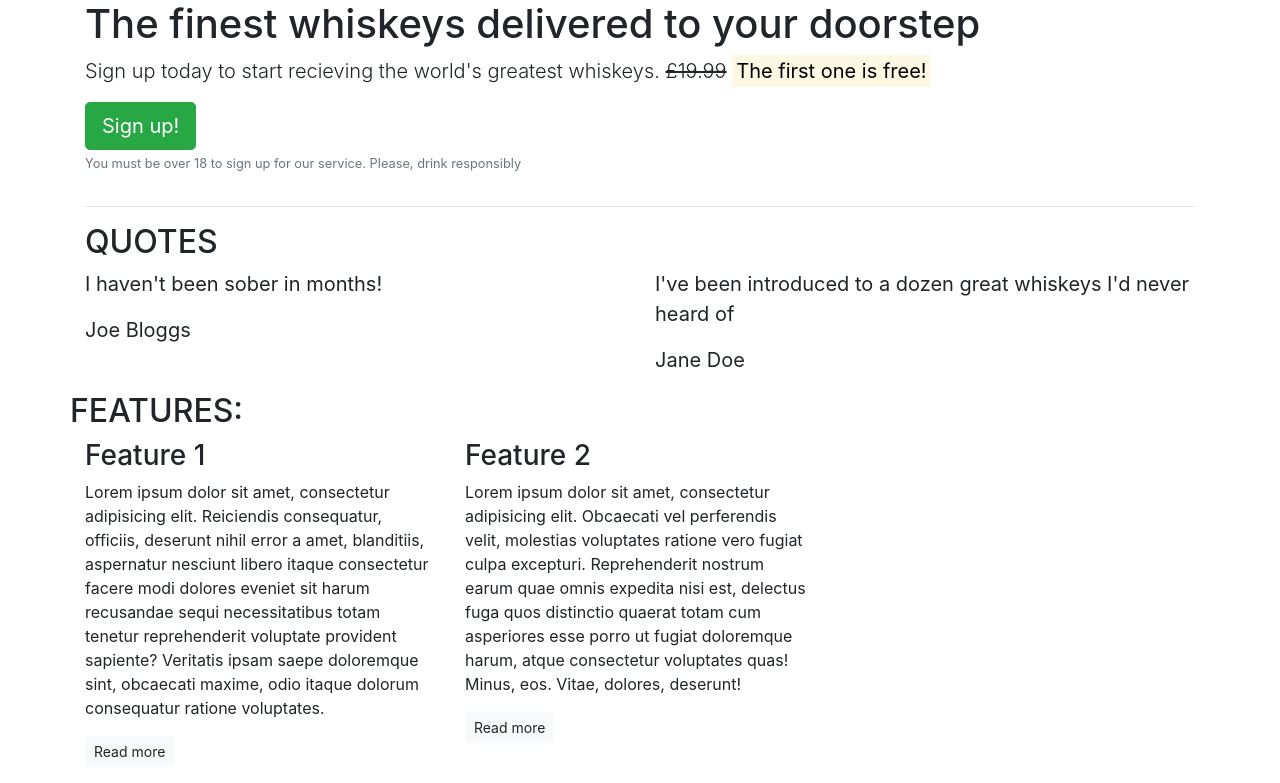
Repository: Matt-F90/Intro-to-bootstrap
Page: index..html
The author's editor kept a record of every edit. The page is drawn from the files as they stood at one moment, then again after the next edit.
The browser window is 1280 px wide. The pictures show the whole page.

Above is the page before.
Console error: TypeError: Cannot read properties of undefined (reading 'fn')

### index..html
<!DOCTYPE html>
<html lang="en">

<head>
    <meta charset="UTF-8">
    <meta name="viewport" content="width=device-width, initial-scale=1.0">
    <meta http-equiv="X-UA-Compatible" content="ie=edge">
    <title>Whiskey Drop | Taste a new whiskey every month</title>
    <link rel="stylesheet" href="https://stackpath.bootstrapcdn.com/bootstrap/4.1.3/css/bootstrap.min.css" integrity="sha384-MCw98/SFnGE8fJT3GXwEOngsV7Zt27NXFoaoApmYm81iuXoPkFOJwJ8ERdknLPMO" crossorigin="anonymous">
    <script src="https://stackpath.bootstrapcdn.com/bootstrap/4.1.3/js/bootstrap.min.js" integrity="sha384-ChfqqxuZUCnJSK3+MXmPNIyE6ZbWh2IMqE241rYiqJxyMiZ6OW/JmZQ5stwEULTy" crossorigin="anonymous"></script>
</head>

<body>
    <article class="container">
        <div class="row">
            <div class="col-12">
                <section class="callout">
                    <h1>The finest whiskeys delivered to your doorstep</h1>
                    <p class="lead">Sign up today to start recieving the world's greatest whiskeys.
                        <s>£19.99</s> <strong><mark>The first one is free!</mark></strong></p>
                    <button class="btn btn-success btn-lg">Sign up!</button>
                    <p class="text-muted"><small>You must be over 18 to sign up for our service. Please, drink responsibly</small></p>
                </section>
            </div>
        </div>

        <hr>
        <section class="quotes">
            <div class="row">
                <div class="col-12">
                    <h2 class="text-uppercase">Quotes</h2>
                </div>
            </div>
            <div class="row">
                <div class="col-12 col-md-6">
                    <blockquote class="blockquote">
                        <p>I haven't been sober in months!</p>
                        <p>Joe Bloggs</p>
                    </blockquote>
                </div>
                <div class="col-12 col-md-6">
                    <blockquote class="blockquote">
                        <p>I've been introduced to a dozen great whiskeys I'd never heard of</p>
                        <p>Jane Doe</p>
                    </blockquote>
                </div>
            </div>
        </section>


        <section class="features">
            <div class="row">
                <div class="col-12"></div>
                <h2 class="text-uppercase">Features:</h2>
            </div>
            </div>
            <div class="row">
                <div class="col-12 col-md-6 col-lg-4">
                <div class="feature">
                        <h3>Feature 1</h3>
                        <p>Lorem ipsum dolor sit amet, consectetur adipisicing elit. Reiciendis consequatur, officiis, deserunt nihil error a amet, blanditiis, aspernatur nesciunt libero itaque consectetur facere modi dolores eveniet sit harum recusandae
                            sequi necessitatibus totam tenetur reprehenderit voluptate provident sapiente? Veritatis ipsam saepe doloremque sint, obcaecati maxime, odio itaque dolorum consequatur ratione voluptates.</ipsum50>
                        </p>
                        <p><a class="btn btn-sm btn-light">Read more</a></p>
                    </div>
                </div>
                <div class="col-12 col-md-6 col-lg-4">
                <div class="feature">
                        <h3>Feature 2</h3>
                        <p>Lorem ipsum dolor sit amet, consectetur adipisicing elit. Obcaecati vel perferendis velit, molestias voluptates ratione vero fugiat culpa excepturi. Reprehenderit nostrum earum quae omnis expedita nisi est, delectus fuga quos distinctio
                            quaerat totam cum asperiores esse porro ut fugiat doloremque harum, atque consectetur voluptates quas! Minus, eos. Vitae, dolores, deserunt!</p>
                        <p><a class="btn btn-sm btn-light">Read more</a></p>
                    </div>
                </div>
                <div class="col-12 d-md-none">
                <div class="feature">
                        <h3>Feature 3</h3>
                        <p>Lorem ipsum dolor sit amet, consectetur adipisicing elit. Deserunt consequuntur voluptatum, laborum aperiam! Quas, nihil. Omnis et voluptate sunt, voluptatem, animi eligendi aliquam recusandae corporis consectetur quibusdam molestiae
                            nihil vitae perferendis totam modi earum culpa ut ducimus voluptates nulla quis, eius qui? Laboriosam odio obcaecati inventore asperiores, esse soluta impedit.</p>
                        <p><a class="btn btn-sm btn-light">Read more</a></p>
                    </div>
                </div>
            </div>
        </section>

    </article>

</body>

</html>

After the next edit:
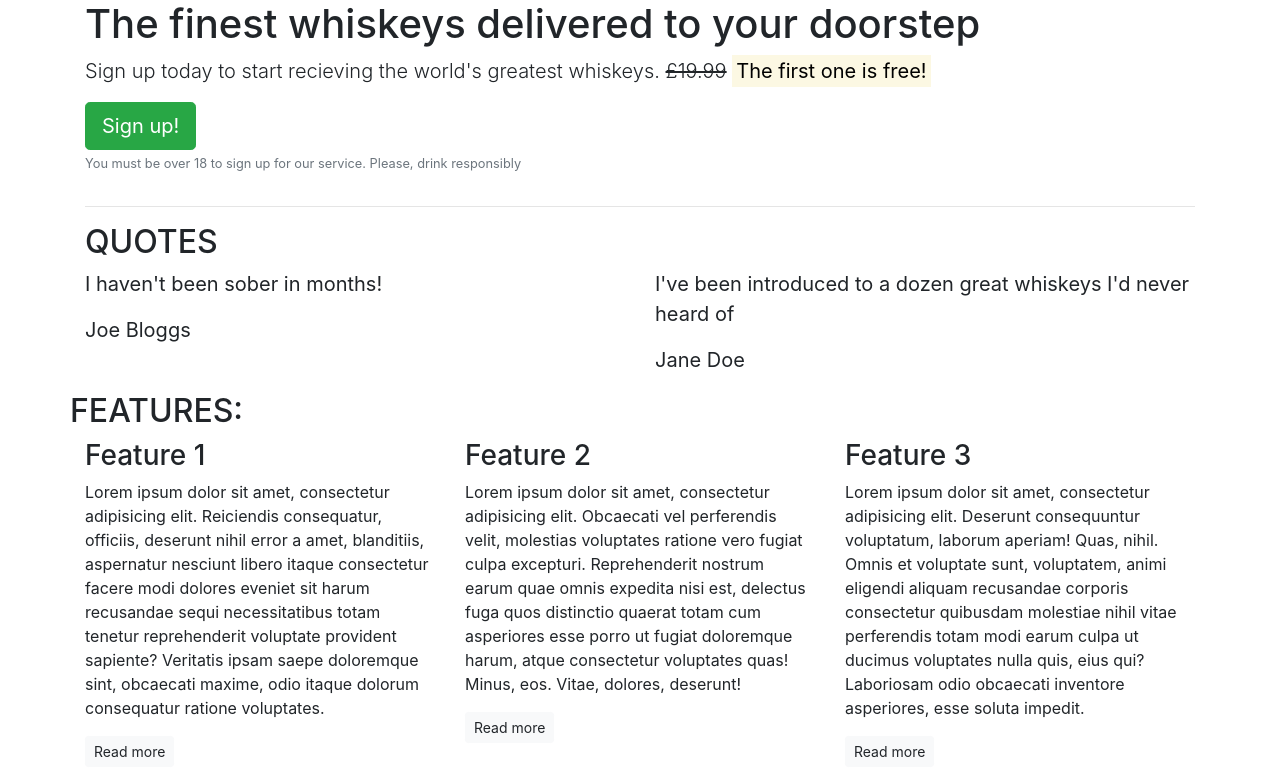
The edit:
--- a/index..html
+++ b/index..html
@@ -72,7 +72,7 @@
                         <p><a class="btn btn-sm btn-light">Read more</a></p>
                     </div>
                 </div>
-                <div class="col-12 d-md-none">
+                <div class="col-12 d-md-none d-lg-block col-lg-4">
                 <div class="feature">
                         <h3>Feature 3</h3>
                         <p>Lorem ipsum dolor sit amet, consectetur adipisicing elit. Deserunt consequuntur voluptatum, laborum aperiam! Quas, nihil. Omnis et voluptate sunt, voluptatem, animi eligendi aliquam recusandae corporis consectetur quibusdam molestiae
